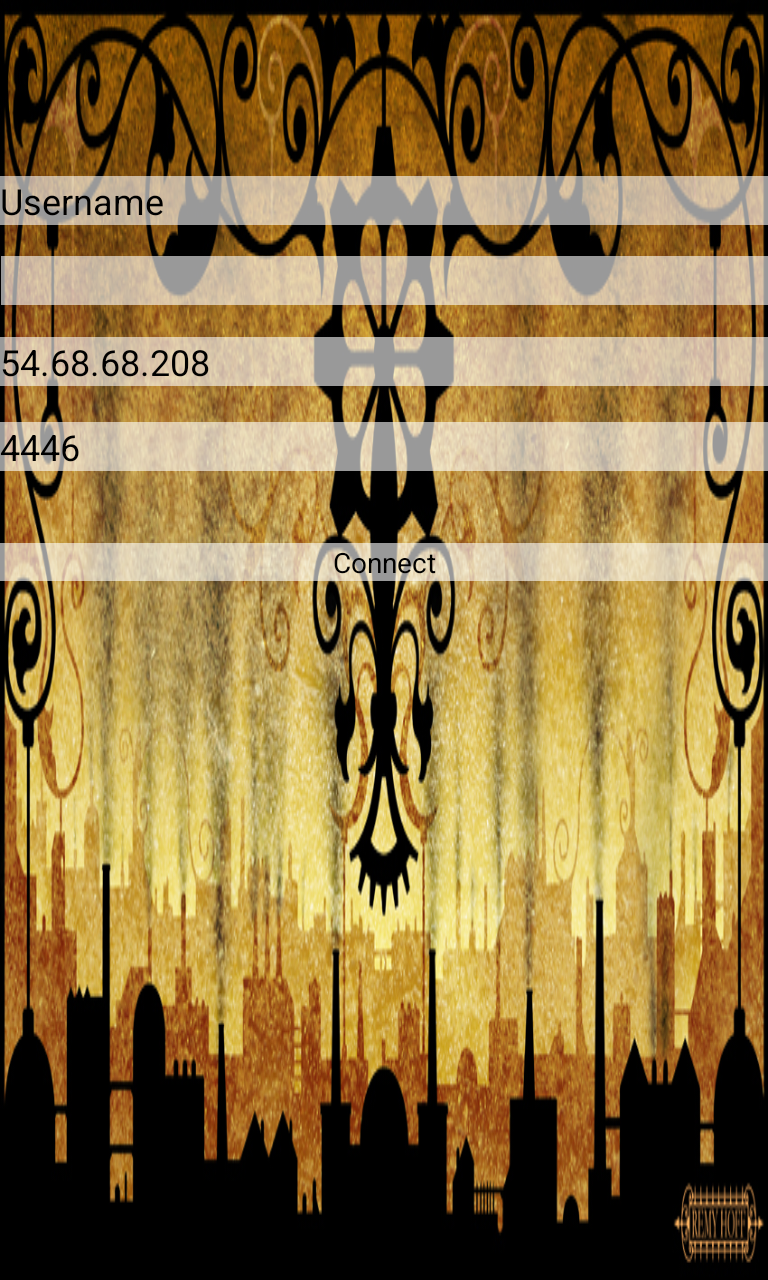
Repository: jkrepps/CSCE-482
Layout: Mobile Client (eclipse)/Industry of Deciet/res/layout/mains.xml
The author's editor kept a copy of each file at every save. The layout is drawn from the files as they stood at one save, then again after the next save.
It is drawn on a 768 x 1280 px phone screen (xhdpi) without system bars, with theme AppTheme; the app's code is not run.

Above is the layout before, as saved 2014-12-03 10:34:30.

After the next save:
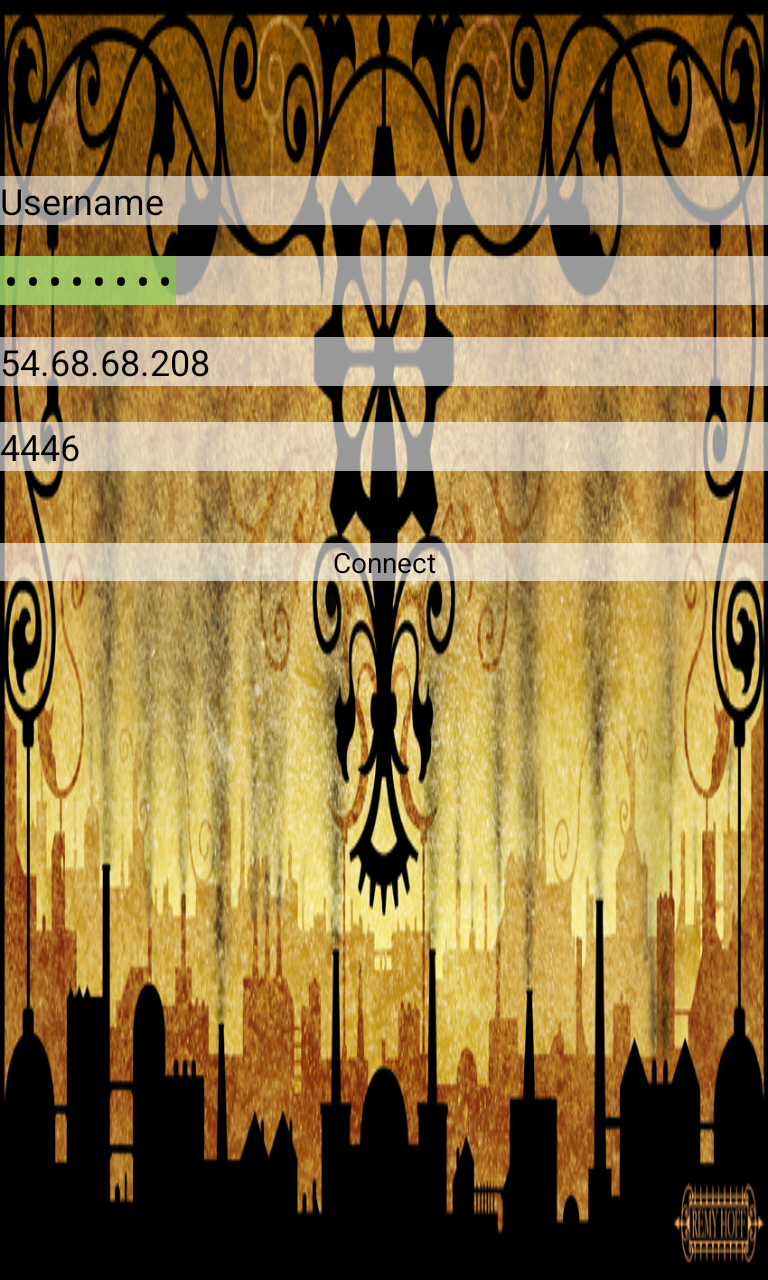
Saved 2 min 3 s later.
--- a/Mobile Client (eclipse)/Industry of Deciet/res/layout/mains.xml
+++ b/Mobile Client (eclipse)/Industry of Deciet/res/layout/mains.xml
@@ -59,6 +59,7 @@
             android:ems="10"
             android:inputType="textPassword"
             android:selectAllOnFocus="true"
+            android:text="Password"
             android:textColor="#FF000000" >
 
             <requestFocus />
